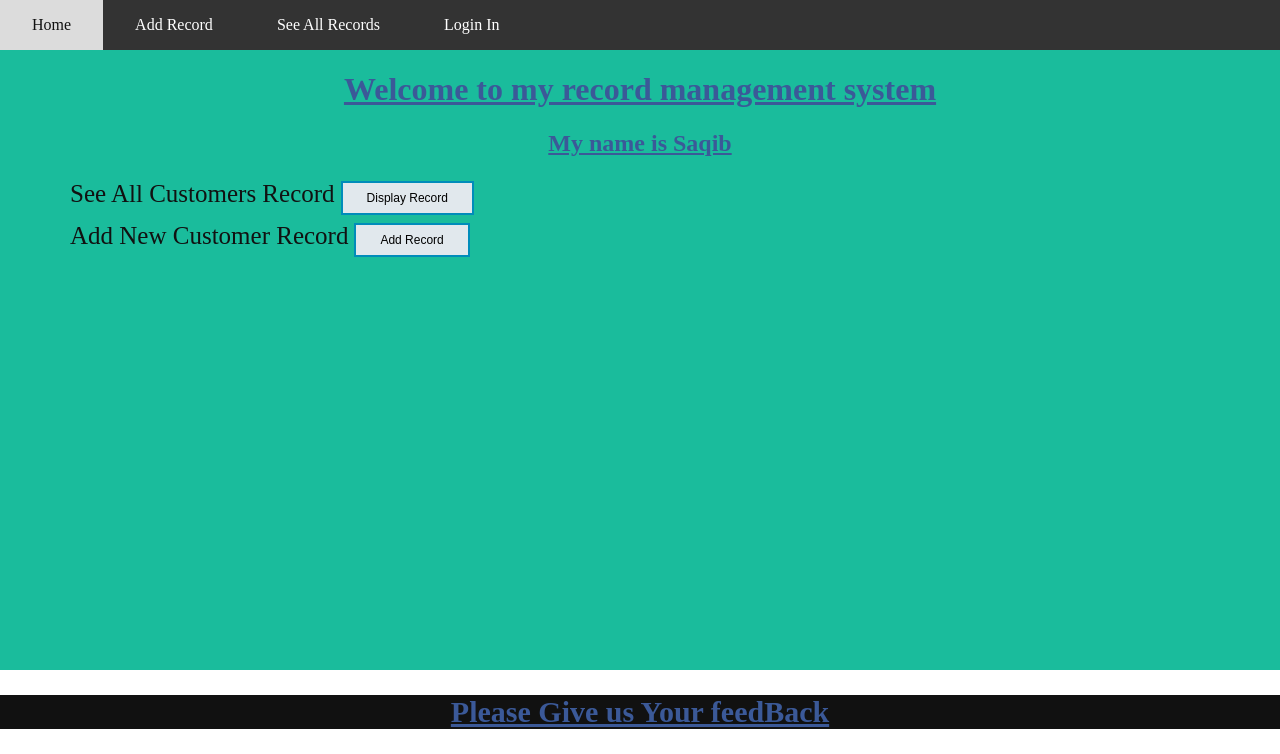
Repository: MUHAMMAD-SAQIB-2000/SpringBoot
Page: http://localhost/WebServiceRecordManagementSystem/home.jsp
An editor plug-in stored every save of this project. The page is shown before and after the next save, followed by the edit.
The browser window is 1280 px wide. The pictures show the whole page.
The page is served by Tomcat 9.

Above is the page before, as saved 2020-08-12 13:30:41.

After the next save:
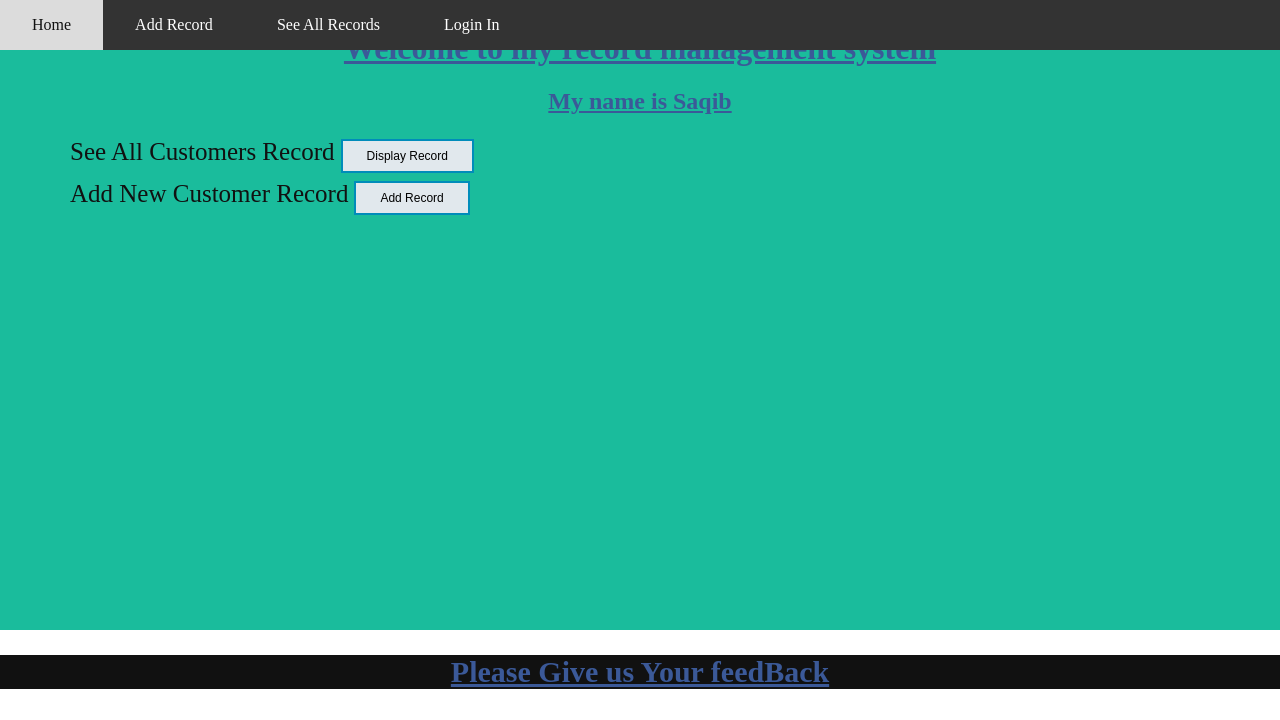
Saved 68 s later.
--- a/WebServiceRecordManagementSystem/src/main/webapp/style.css
+++ b/WebServiceRecordManagementSystem/src/main/webapp/style.css
@@ -38,7 +38,7 @@ li a:hover {
 	background-color: #4CAF50;
 }
 .mainBody{
-	padding:20px;
+	padding: 0px 20px;
 	margin-top:30px;
 	background-color:#1abc9c;
 	height:600px;
